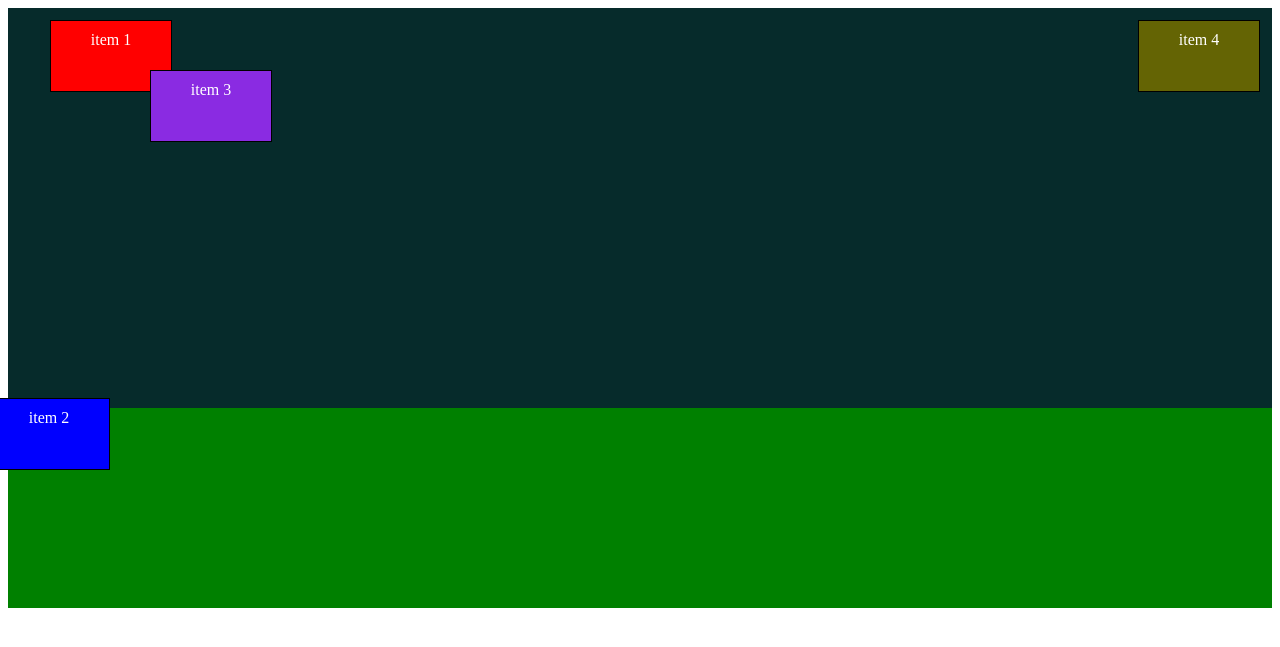
Repository: nmaury/TpsCambodge
Page: InternetProgramming/Css/sample.html
An editor plug-in stored every save of this project. The page is shown before and after the next save, followed by the edit.
The browser window is 1280 px wide. The pictures show the whole page.

Above is the page before, as saved 2022-12-06 02:47:28.

### InternetProgramming/Css/sample.html
<!DOCTYPE html>
<html>
<head>
    <link rel="stylesheet" href="sample.css">
</head>
<body>
    <div class="parent">
        <div class="item item1">item 1
        </div>
        <div class="item item3">item 3
        </div>
        <div class="item item4">item 4
        </div>
    </div>
    <div class="parent2">
        <div class="item item2">item 2
        </div>
    </div>
</body>
</html>

### InternetProgramming/Css/sample.css
.item{
    background-color: rgb(100,100,4);
    padding : 10px;
    width: 100px;
    height: 50px;
    color: white;
    text-align: center;
    position: absolute;
    border: 1px solid black;
}
.item1{
    background-color: red;
    left: 50px;
    top: 20px;
}
.item2{
    background-color: blue;
    right: 20px;
    bottom: 10px;
    position: relative;
}
.item3{
    background-color: blueviolet;
    left: 150px;
    top: 70px;
}
.item4{
    position: fixed;
    right: 20px;
    top: 20px;
}
.parent{
    background-color: rgb(6,43,43);
    width: 100%;
    height: 400px;
}
.parent2{
    background-color: green;
    width: 100%;
    height: 200px;
}

After the next save:
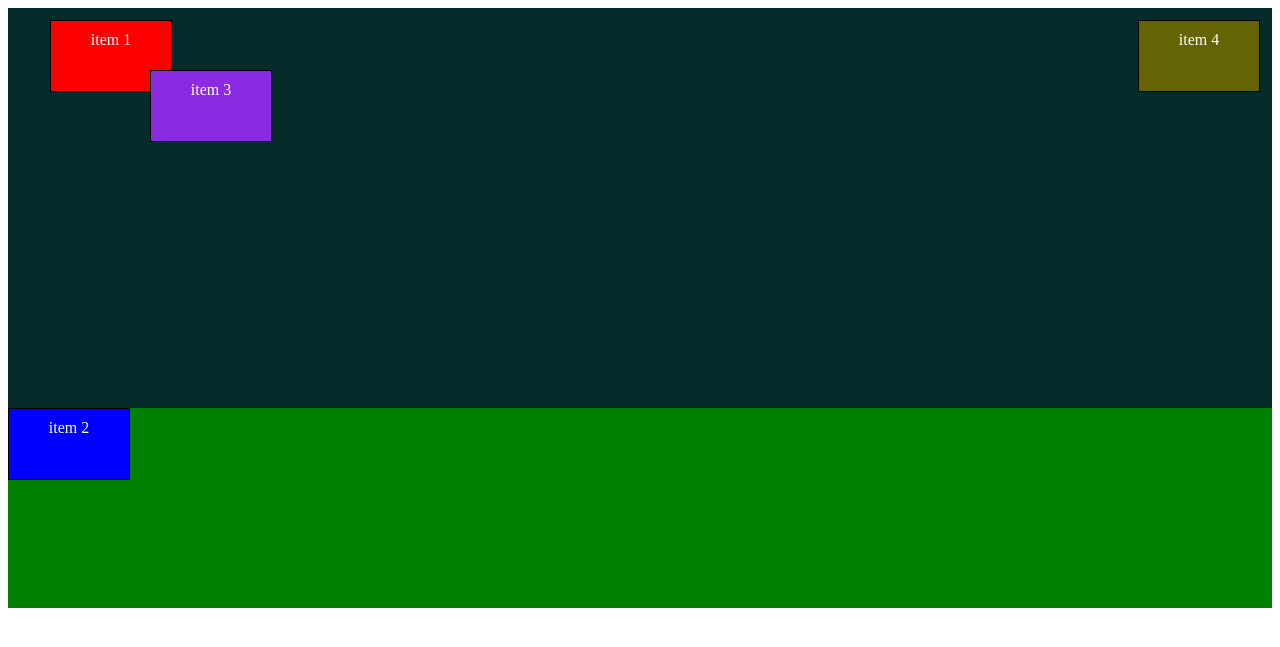
Saved 13 s later.
--- a/InternetProgramming/Css/sample.css
+++ b/InternetProgramming/Css/sample.css
@@ -17,7 +17,7 @@
     background-color: blue;
     right: 20px;
     bottom: 10px;
-    position: relative;
+    position: inherit;
 }
 .item3{
     background-color: blueviolet;

After the save that followed:
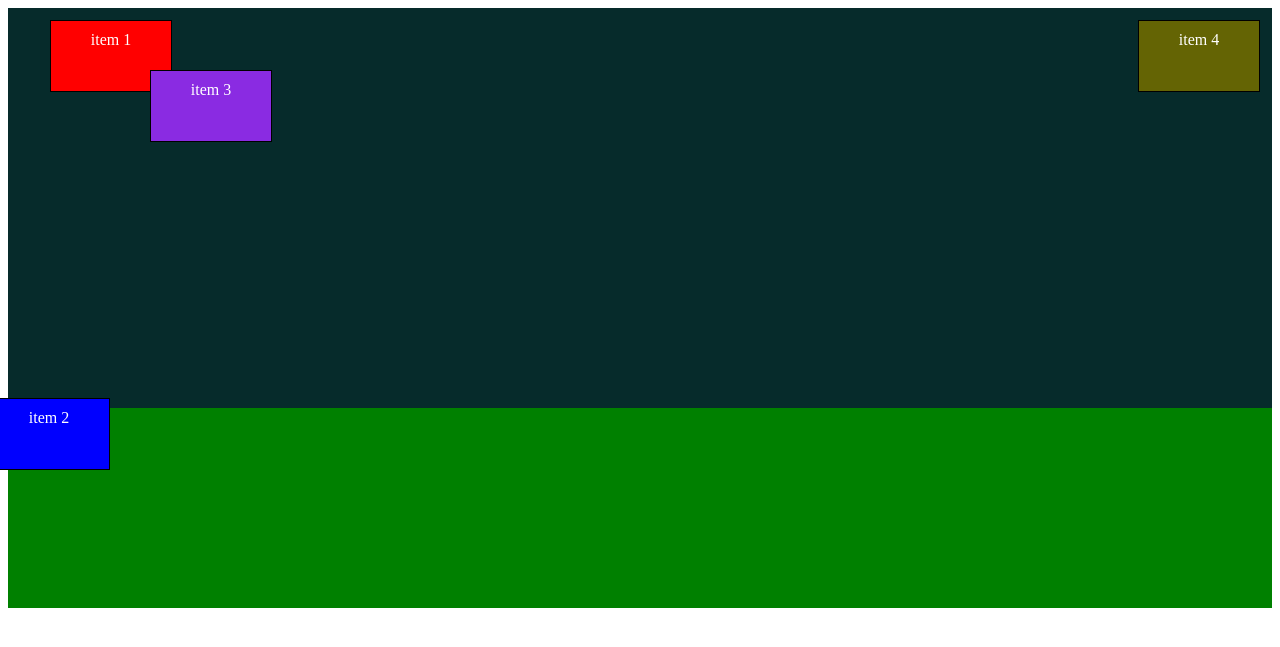
Saved 24 s later.
--- a/InternetProgramming/Css/sample.css
+++ b/InternetProgramming/Css/sample.css
@@ -17,7 +17,7 @@
     background-color: blue;
     right: 20px;
     bottom: 10px;
-    position: inherit;
+    position: relative;
 }
 .item3{
     background-color: blueviolet;
